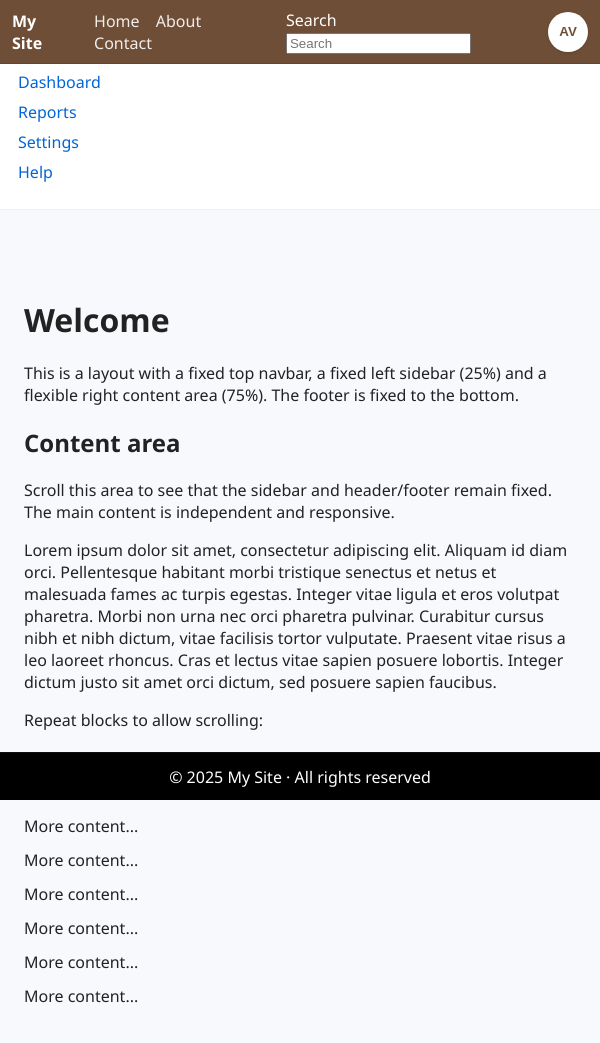
Repository: AdityaTech-Pro/FullStackWithBridgelabz
Page: Assignment8/WebPageWithFixedNavbarAndFooter/index.html
An editor plug-in stored every save of this project. The page is shown before and after the next save, followed by the edit.
The browser window is 600 px wide. The pictures show the whole page.

Above is the page before, as saved 2025-11-05 09:27:14.

After the next save:
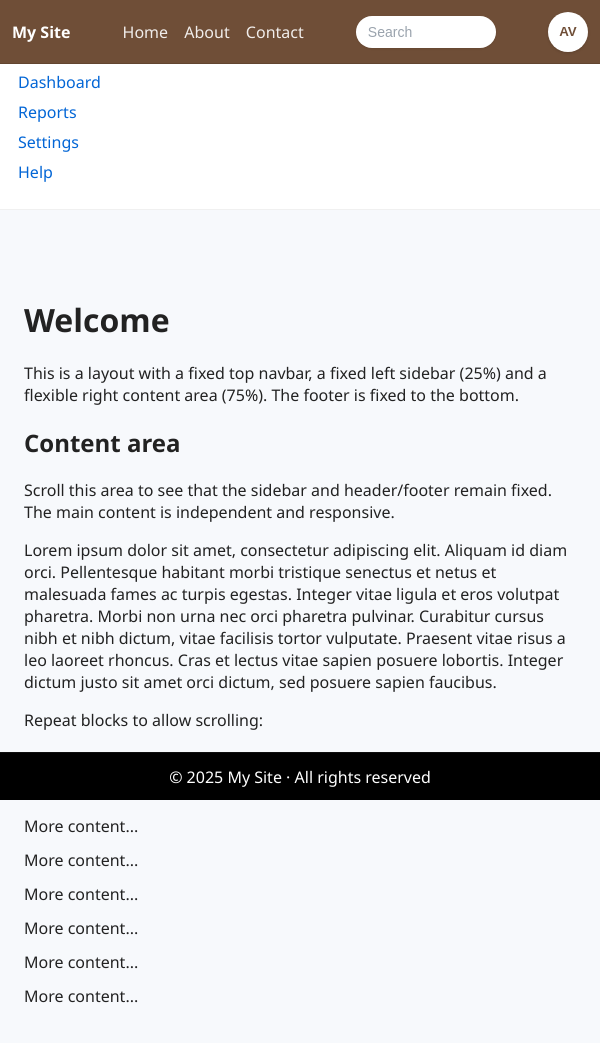
Saved 17 s later.
--- a/Assignment8/WebPageWithFixedNavbarAndFooter/styles.css
+++ b/Assignment8/WebPageWithFixedNavbarAndFooter/styles.css
@@ -37,6 +37,18 @@ html,body{height:100%;margin:0;font-family:Segoe UI, Roboto, Arial, sans-serif;b
   box-shadow:0 1px 3px rgba(0,0,0,0.15);
 }
 .profile:focus{outline:3px solid rgba(255,255,255,0.25);outline-offset:3px}
+
+/* Navbar search */
+.nav-search{display:inline-flex;align-items:center;margin-left:12px}
+.nav-search input[type="search"]{
+  width:220px;max-width:40vw;padding:8px 12px;border-radius:20px;border:0;font-size:14px;
+  background:#fff;color:#222;box-shadow:0 1px 2px rgba(0,0,0,0.08);
+}
+.nav-search input::placeholder{color:#9aa3ad}
+.nav-search input:focus{outline:3px solid rgba(255,255,255,0.15);outline-offset:2px}
+
+/* Screen-reader only helper */
+.sr-only{position:absolute!important;width:1px;height:1px;padding:0;margin:-1px;overflow:hidden;clip:rect(0,0,0,0);white-space:nowrap;border:0}
 
 /* Footer */
 .site-footer{
@@ -82,6 +94,7 @@ h1{margin-top:0}
   .sidebar-left{position:relative;top:0;left:0;width:100%;height:auto;border-right:0;border-bottom:1px solid rgba(0,0,0,0.06);}
   .main-content{margin-left:0}
   .site-header{padding:0 12px}
+  .nav-search input[type="search"]{width:140px}
 }
 
 /* Small touches for keyboard focus */
